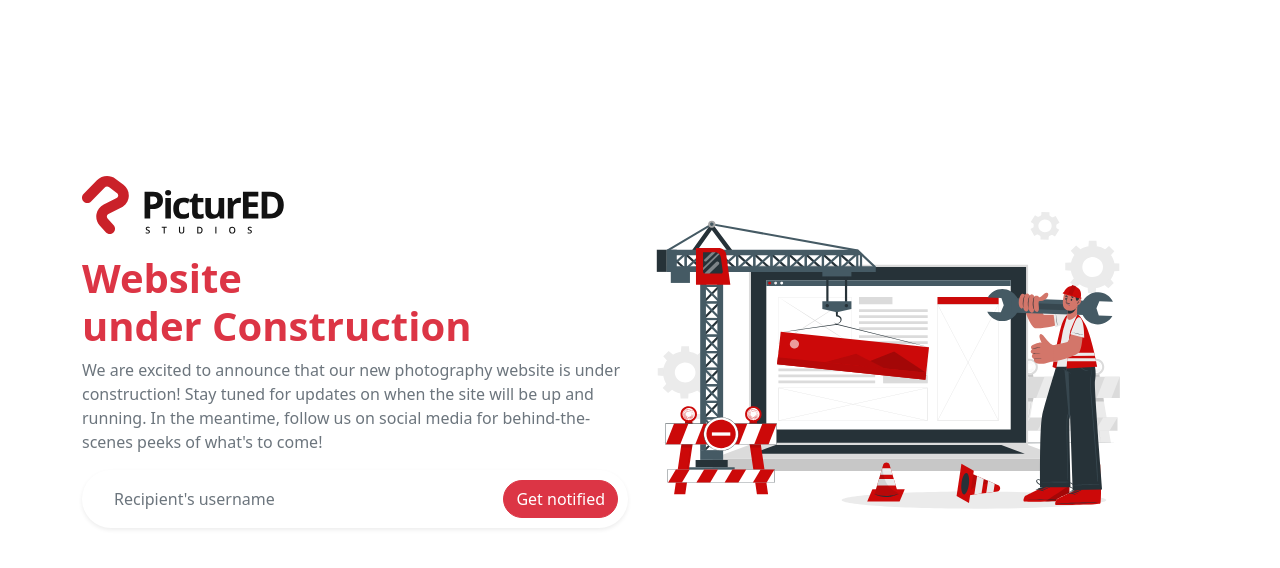
Repository: tHEO2k17/pictured
Page: /
These files come from the project's save history. The page is drawn as it stood at one moment and after the next save; the edit follows.
The browser window is 1280 px wide. The pictures show the whole page.
The project was rebuilt for these pictures with package versions that can differ from the ones it lists, and the page was loaded fresh each time.

Above is the page before, as saved 2022-09-14 14:27:15.

### src/index.scss
@import '~bootstrap/scss/bootstrap.scss';

.input-group {
  // border: 1px solid #eee;
  border-radius: 50px;
  padding: 10px 10px 10px 20px;
}

.input-group > :not(:first-child):not(.dropdown-menu):not(.valid-tooltip):not(.valid-feedback):not(.invalid-tooltip):not(.invalid-feedback) {
  margin-left: 20px;
  border-radius: 20px;
}

.form-control {
  border: unset;
}

.form-control:focus {
  background-color: #fff;
  border-color: unset;
  outline: 0;
  box-shadow: unset;
}

### src/App.tsx
import React from "react";
import {
  Container,
  Col,
  Row,
  Image,
  InputGroup,
  Button,
  Form,
} from "react-bootstrap";
import logo from "./core/res/images/logo.svg";
import sideImage from "./core/res/images/side-image.svg";

function App() {
  return (
    <Container className="min-vh-100">
      <Row className="min-vh-100 align-items-center">
        <Col>
          <Image src={logo} />
          <h1 className="text-danger fw-bold mt-3">
            Website <br /> under Construction
          </h1>

          <p className="text-muted">
            We are excited to announce that our new photography website is under
            construction! Stay tuned for updates on when the site will be up and
            running. In the meantime, follow us on social media for
            behind-the-scenes peeks of what's to come!
          </p>

          <InputGroup className="mb-3 shadow-sm">
            <Form.Control
              placeholder="Recipient's username"
              aria-label="Recipient's username"
              aria-describedby="basic-addon2"
            />
            <Button variant="danger" id="button-addon2">
              Get notified
            </Button>
          </InputGroup>

          {/* <Row>
            <Col md={{ span: 8, offset: 2 }}>
              <InputGroup className="mb-3 ">
                <Form.Control
                  placeholder="Recipient's username"
                  aria-label="Recipient's username"
                  aria-describedby="basic-addon2"
                />
                <Button variant="outline-secondary" id="button-addon2">
                  Button
                </Button>
              </InputGroup>
            </Col>
          </Row> */}
        </Col>
        <Col>
          <Image src={sideImage} />
        </Col>
      </Row>
    </Container>
  );
}

export default App;

Loaded but not shown: public/index.html (common file); src/index.tsx (common file)

After the next save:
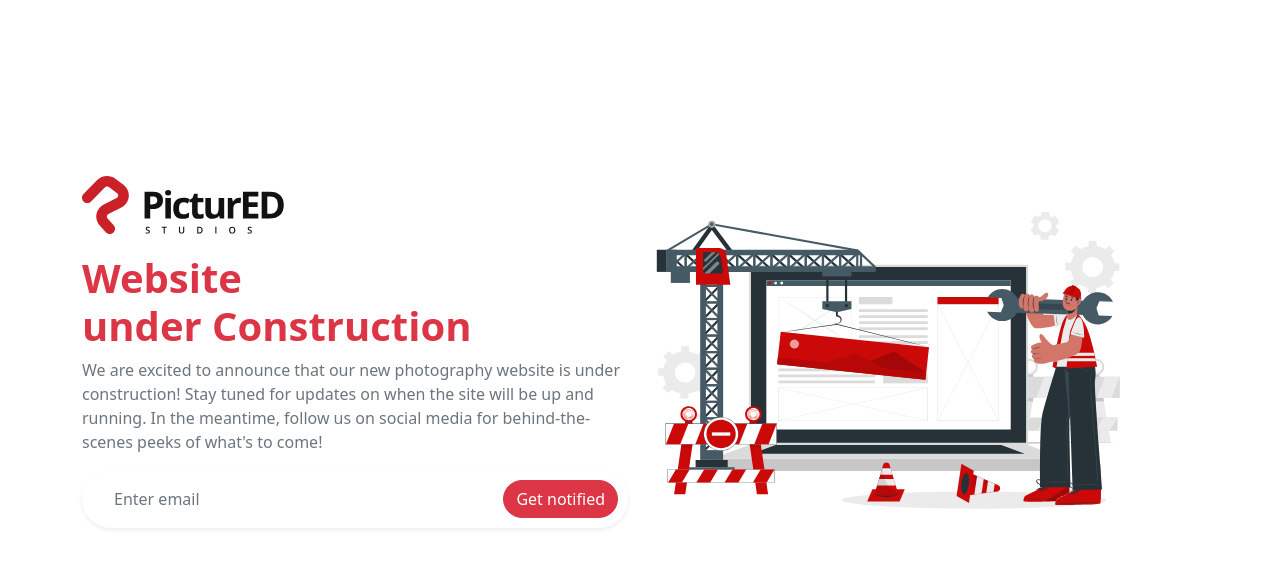
Saved 7 s later.
--- a/src/App.tsx
+++ b/src/App.tsx
@@ -30,7 +30,7 @@ function App() {
 
           <InputGroup className="mb-3 shadow-sm">
             <Form.Control
-              placeholder="Recipient's username"
+              placeholder="Enter email"
               aria-label="Recipient's username"
               aria-describedby="basic-addon2"
             />
